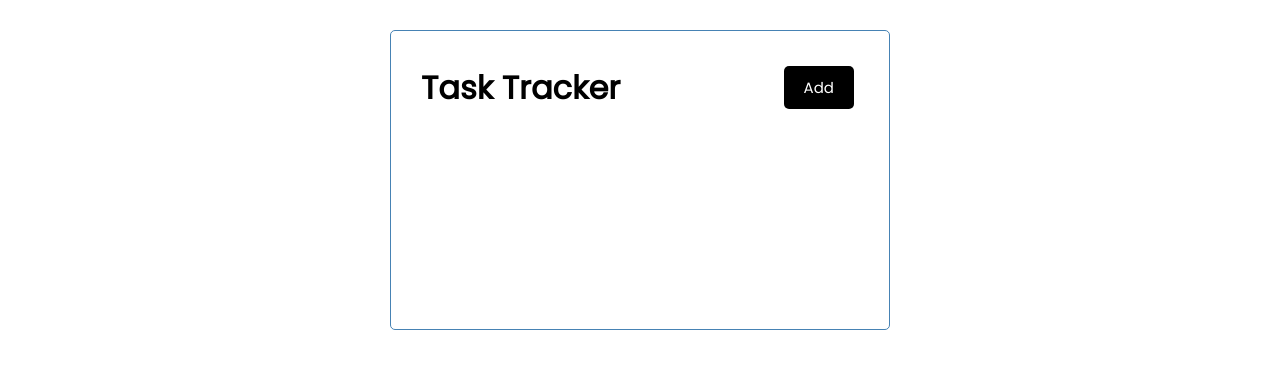
Repository: Samkiroko/task-tracker-app
Page: /
These files come from the project's save history. The page is drawn as it stood at one moment and after the next save; the edit follows.
The browser window is 1280 px wide. The pictures show the whole page.
The project was rebuilt for these pictures with package versions that can differ from the ones it lists, and the page was loaded fresh each time.

Above is the page before, as saved 2021-08-02 13:30:48.

After the next save:
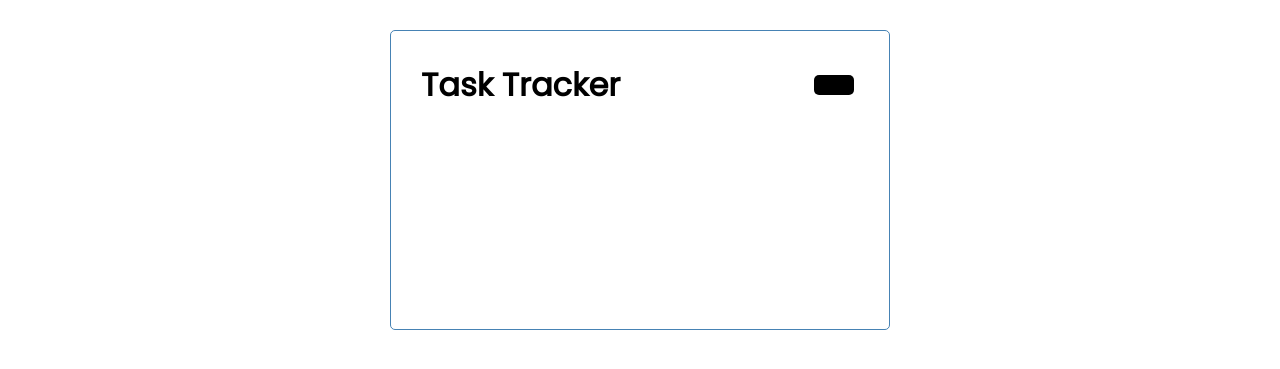
Saved 118 s later.
--- a/src/components/Button.js
+++ b/src/components/Button.js
@@ -1,7 +1,11 @@
 import React from 'react'
 
-const Button = () => {
-  return <button className='btn'>Add</button>
+const Button = ({ color, text }) => {
+  return (
+    <button style={{ backgroundColor: color }} className='btn'>
+      {text}
+    </button>
+  )
 }
 
 export default Button
